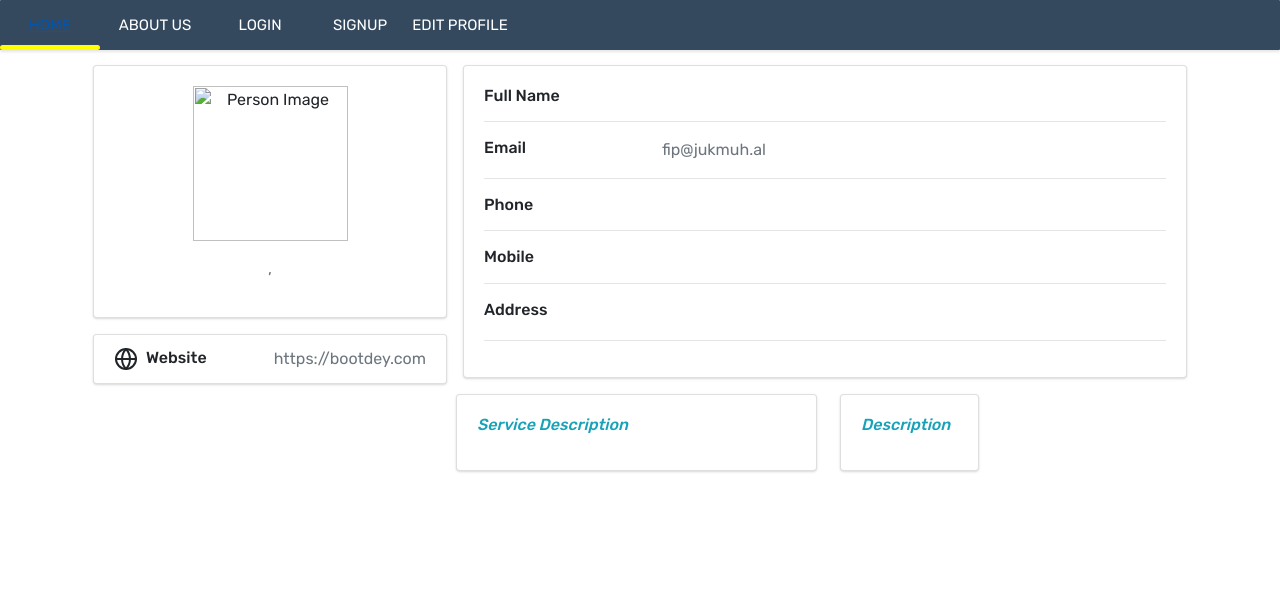
Repository: Chitti-g-k/Paw-Takers
Page: templates/profilepage.html
The author's editor kept a copy of each file at every save. The page is drawn from the files as they stood at one save, then again after the next save.
The browser window is 1280 px wide. The pictures show the whole page.
The template is drawn by Django 4.2. The application's start-up code is not run. The template is opened directly, without the code that normally fills it, so the values that code supplies are empty.

Above is the page before, as saved 2023-07-16 08:53:10.

After the next save:
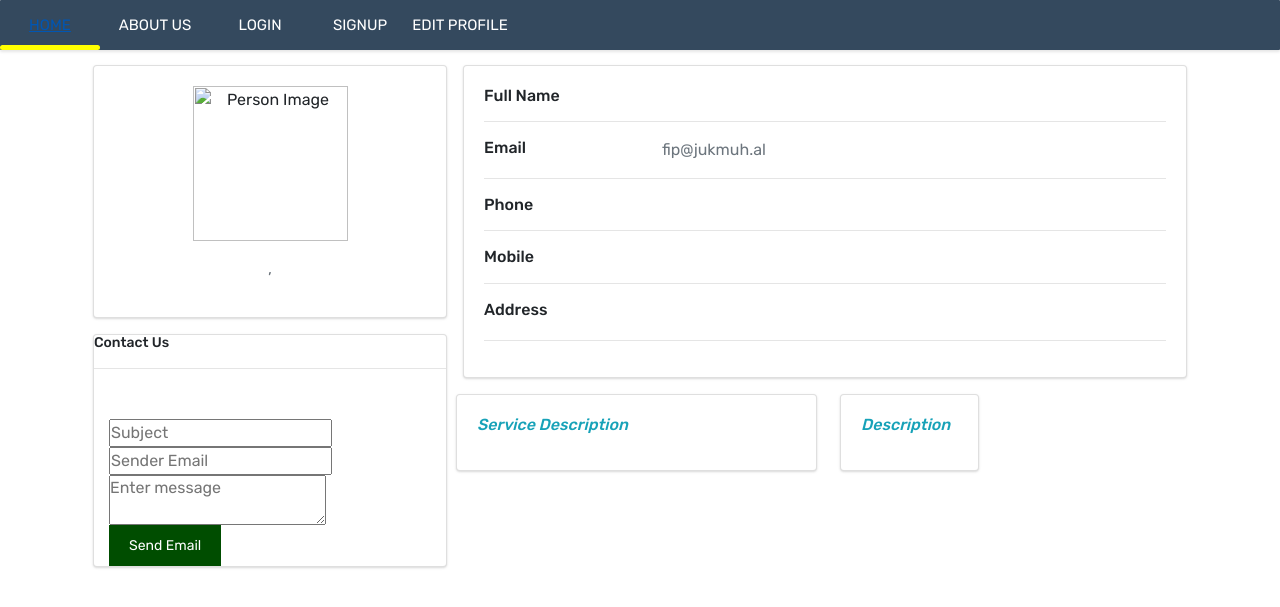
Saved 4 min 26 s later.
--- a/templates/profilepage.html
+++ b/templates/profilepage.html
@@ -223,13 +223,18 @@
                         </div>
                       </div>
                       <div class="card mt-3">
-                        <ul class="list-group list-group-flush">
-                          <li class="list-group-item d-flex justify-content-between align-items-center flex-wrap">
-                            <h6 class="mb-0"><svg xmlns="http://www.w3.org/2000/svg" width="24" height="24" viewBox="0 0 24 24" fill="none" stroke="currentColor" stroke-width="2" stroke-linecap="round" stroke-linejoin="round" class="feather feather-globe mr-2 icon-inline"><circle cx="12" cy="12" r="10"></circle><line x1="2" y1="12" x2="22" y2="12"></line><path d="M12 2a15.3 15.3 0 0 1 4 10 15.3 15.3 0 0 1-4 10 15.3 15.3 0 0 1-4-10 15.3 15.3 0 0 1 4-10z"></path></svg>Website</h6>
-                            <span class="text-secondary">https://bootdey.com</span>
-                          </li>
-
-                        </ul>
+                        <div class="content-box" >
+                            <h2 style="font-size: 14px;">Contact Us</h2>
+                            <hr>
+                            <div class="container contact-us-form">
+                                <form action="{% url 'franchisor:contact' %}" method="POST">
+                                    <input type="text" name="name" placeholder="Subject" required>
+                                    <input type="email" name="email" placeholder="Sender Email" required>
+                                    <textarea name="message" placeholder="Enter message" required></textarea>
+                                    <button type="submit" style="background-color: #004d00; color: #fff; border: none; padding: 10px 20px; font-size: 14px; cursor: pointer;">Send Email</button>
+                                </form>
+                            </div>
+                        </div>
                       </div>
                     </div>
                     <div class="col-md-8">
